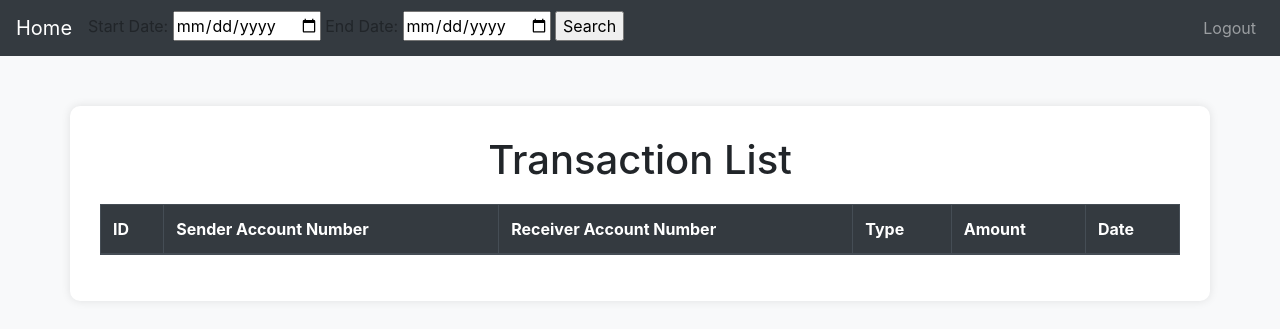
Repository: bhatideepak599/JspServlets
Page: http://localhost/11-bank-application/transactionFile.jsp
These files come from the project's save history. The page is drawn as it stood at one moment and after the next save; the edit follows.
The browser window is 1280 px wide. The pictures show the whole page.
The page is served by Tomcat 9. Other server files are loaded and not shown. The template is opened directly, without the code that normally fills it, so the values that code supplies are empty.

Above is the page before, as saved 2024-07-22 12:02:29.

### 11-bank-application/WebContent/transactionFile.jsp
<%@ page language="java" contentType="text/html; charset=ISO-8859-1"
	pageEncoding="ISO-8859-1"%>
<%@ taglib uri="http://java.sun.com/jsp/jstl/core" prefix="c"%>
<%@ taglib uri="http://java.sun.com/jsp/jstl/functions" prefix="fn"%>
<!DOCTYPE html>
<html>
<head>
<meta charset="ISO-8859-1">
<title>Transaction List</title>
<!-- Bootstrap CSS -->
<link
	href="https://maxcdn.bootstrapcdn.com/bootstrap/4.5.2/css/bootstrap.min.css"
	rel="stylesheet">
<style>
body {
	background-color: #f8f9fa;
}

.container {
	background-color: white;
	padding: 30px;
	border-radius: 10px;
	box-shadow: 0 0 10px rgba(0, 0, 0, 0.1);
	margin-top: 50px;
}

.table th, .table td {
	vertical-align: middle;
}

h1 {
	text-align: center;
	margin-bottom: 20px;
}
</style>
</head>
<body>
	<nav class="navbar navbar-expand-lg navbar-dark bg-dark">
		<a class="navbar-brand" href="AdminController">Home</a>
		<form action="searchTransactions" method="post">
			<label for="startDate">Start Date:</label> <input type="date"
				id="startDate" name="startDate" required> <label
				for="endDate">End Date:</label> <input type="date" id="endDate"
				name="endDate" required> <input type="submit" value="Search">
		</form>
		<div class="collapse navbar-collapse">
			<ul class="navbar-nav ml-auto">
				<li class="nav-item"><a class="nav-link" href="LogoutServlet">Logout</a></li>
			</ul>
		</div>

	</nav>
	<div class="container">
		<h1>Transaction List</h1>
		<table class="table table-striped table-bordered">
			<thead class="thead-dark">
				<tr>
					<th>ID</th>
					<th>Sender Account Number</th>
					<th>Receiver Account Number</th>
					<th>Type</th>
					<th>Amount</th>
					<th>Date</th>
				</tr>
			</thead>

			<tbody>
				<c:forEach var="transaction" items="${theTransactionList}">

					<tr>

						<td>${transaction.getId()}</td>
						<td>${transaction.getSenderAccNo() }</td>

						<td>${transaction.getReceiverAccNo()}</td>
						<td>${transaction.getType()}</td>
						<td>${transaction.getAmount()}</td>
						<td>${transaction.getDate()}</td>




					</tr>

				</c:forEach>

			</tbody>

		</table>
	</div>

	<!-- Bootstrap JS, Popper.js, and jQuery -->
	<script src="https://code.jquery.com/jquery-3.5.1.slim.min.js"></script>
	<script
		src="https://cdn.jsdelivr.net/npm/@popperjs/core@2.9.3/dist/umd/popper.min.js"></script>
	<script
		src="https://maxcdn.bootstrapcdn.com/bootstrap/4.5.2/js/bootstrap.min.js"></script>
</body>
</html>

After the next save:
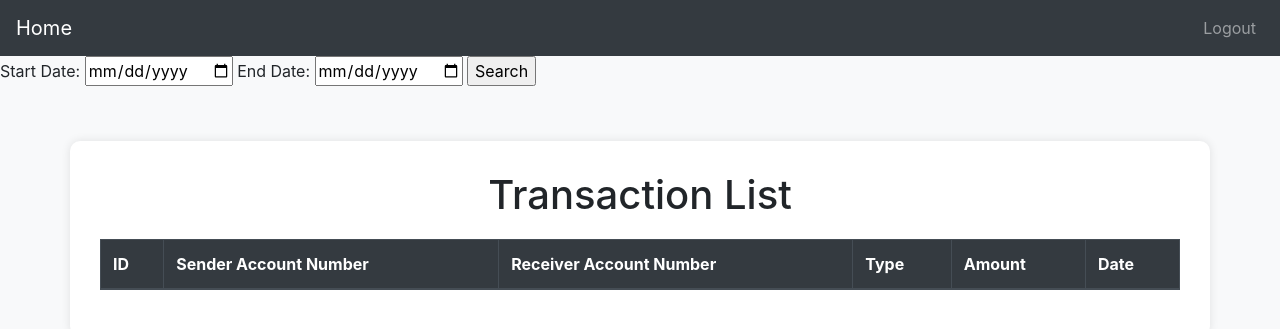
Saved 44 s later.
--- a/11-bank-application/WebContent/transactionFile.jsp
+++ b/11-bank-application/WebContent/transactionFile.jsp
@@ -37,12 +37,7 @@ h1 {
 <body>
 	<nav class="navbar navbar-expand-lg navbar-dark bg-dark">
 		<a class="navbar-brand" href="AdminController">Home</a>
-		<form action="searchTransactions" method="post">
-			<label for="startDate">Start Date:</label> <input type="date"
-				id="startDate" name="startDate" required> <label
-				for="endDate">End Date:</label> <input type="date" id="endDate"
-				name="endDate" required> <input type="submit" value="Search">
-		</form>
+
 		<div class="collapse navbar-collapse">
 			<ul class="navbar-nav ml-auto">
 				<li class="nav-item"><a class="nav-link" href="LogoutServlet">Logout</a></li>
@@ -50,6 +45,12 @@ h1 {
 		</div>
 
 	</nav>
+	<form action="searchTransactions" method="post">
+		<label for="startDate">Start Date:</label> <input type="date"
+			id="startDate" name="startDate" required> <label
+			for="endDate">End Date:</label> <input type="date" id="endDate"
+			name="endDate" required> <input type="submit" value="Search">
+	</form>
 	<div class="container">
 		<h1>Transaction List</h1>
 		<table class="table table-striped table-bordered">
